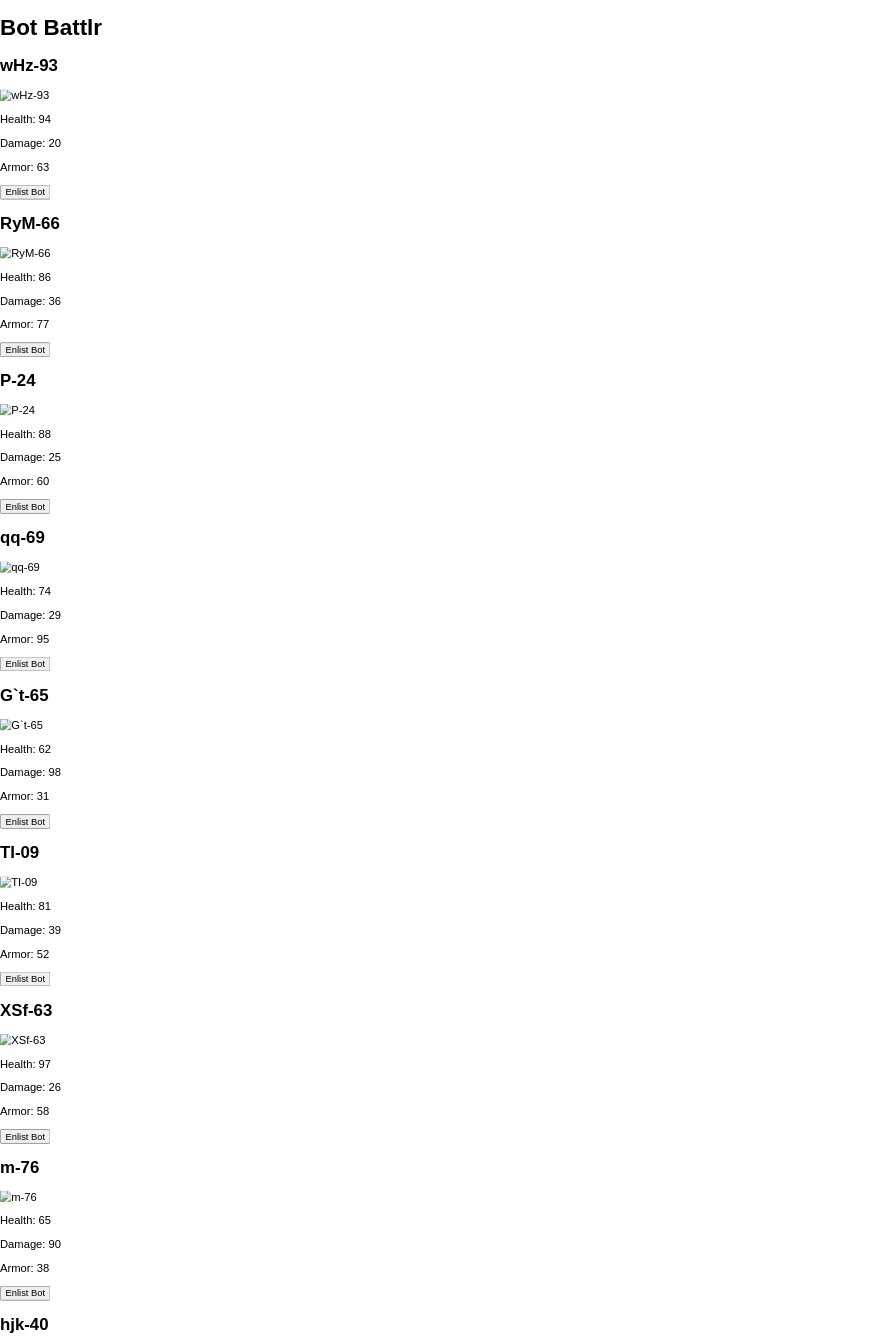
Repository: Kipkoechrono/phase-2-wk-2-bot-battlr-code-challenge
Page: / (app in bot-battlr/)
The author's editor kept a copy of each file at every save. The page is drawn from the files as they stood at one save, then again after the next save.
The browser window is 1280 px wide. The pictures show the part of the page from y = 0 to 1920 px (the page is 22541 px tall before and 23543 px after), at 70% of full size.
The project was rebuilt for these pictures with package versions that can differ from the ones it lists, and the page was loaded fresh each time. Requests to the local data server were answered from the project's data file. Also part of the build but not shown: bot-battlr/src/components/BotCard.js.

Above is the page before, as saved 2024-08-19 17:59:05.

After the next save:
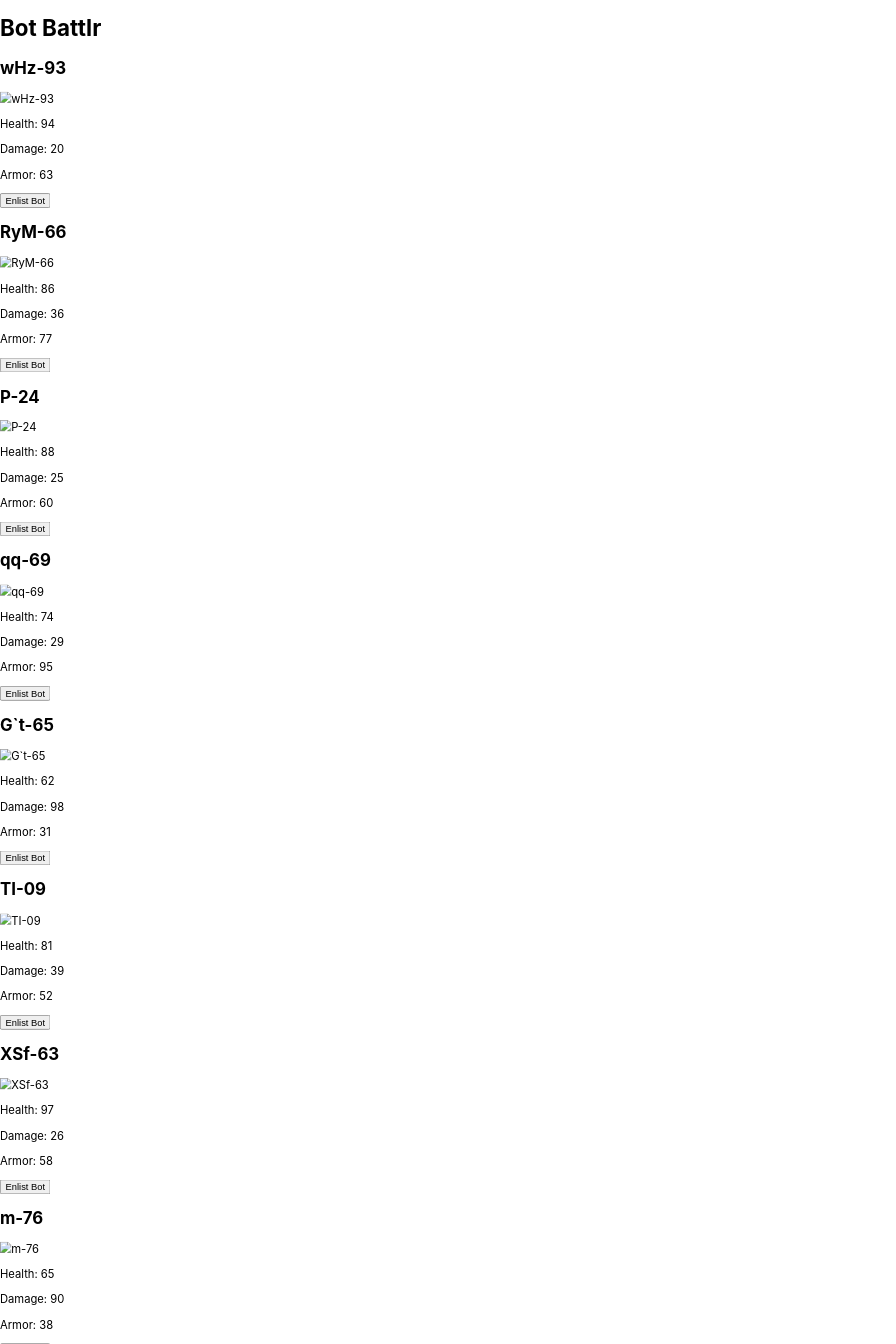
Saved 57 s later.
--- a/bot-battlr/src/index.css
+++ b/bot-battlr/src/index.css
@@ -10,11 +10,6 @@ body {
 code {
   font-family: source-code-pro, Menlo, Monaco, Consolas, 'Courier New',
     monospace;
-}
-body {
-  margin: 0;
-  padding: 0;
-  font-family: sans-serif;
 }
 
 .text-wrap {
